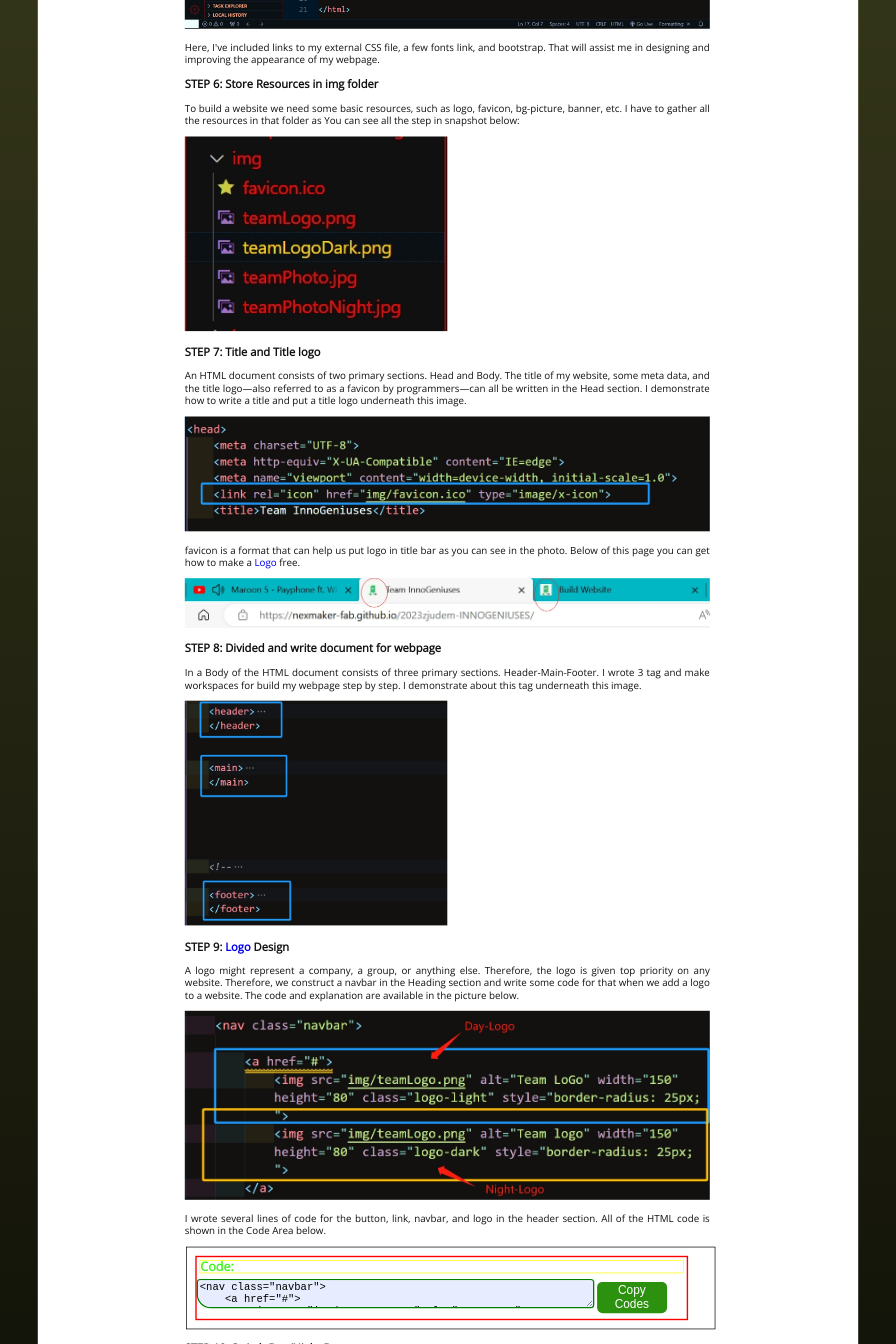
Repository: NexMaker-Fab/2023zjudem-INNOGENIUSES
Page: build web/page1.html
The author's editor kept a copy of each file at every save. The page is drawn from the files as they stood at one save, then again after the next save.
The browser window is 1280 px wide. The pictures show the part of the page from y = 4580 to 6500 px (the page is 10312 px tall before and 11287 px after), at 70% of full size.
An inner scrolling area shows only its first screen.

Above is the page before, as saved 2023-11-27 20:27:07.

After the next save:
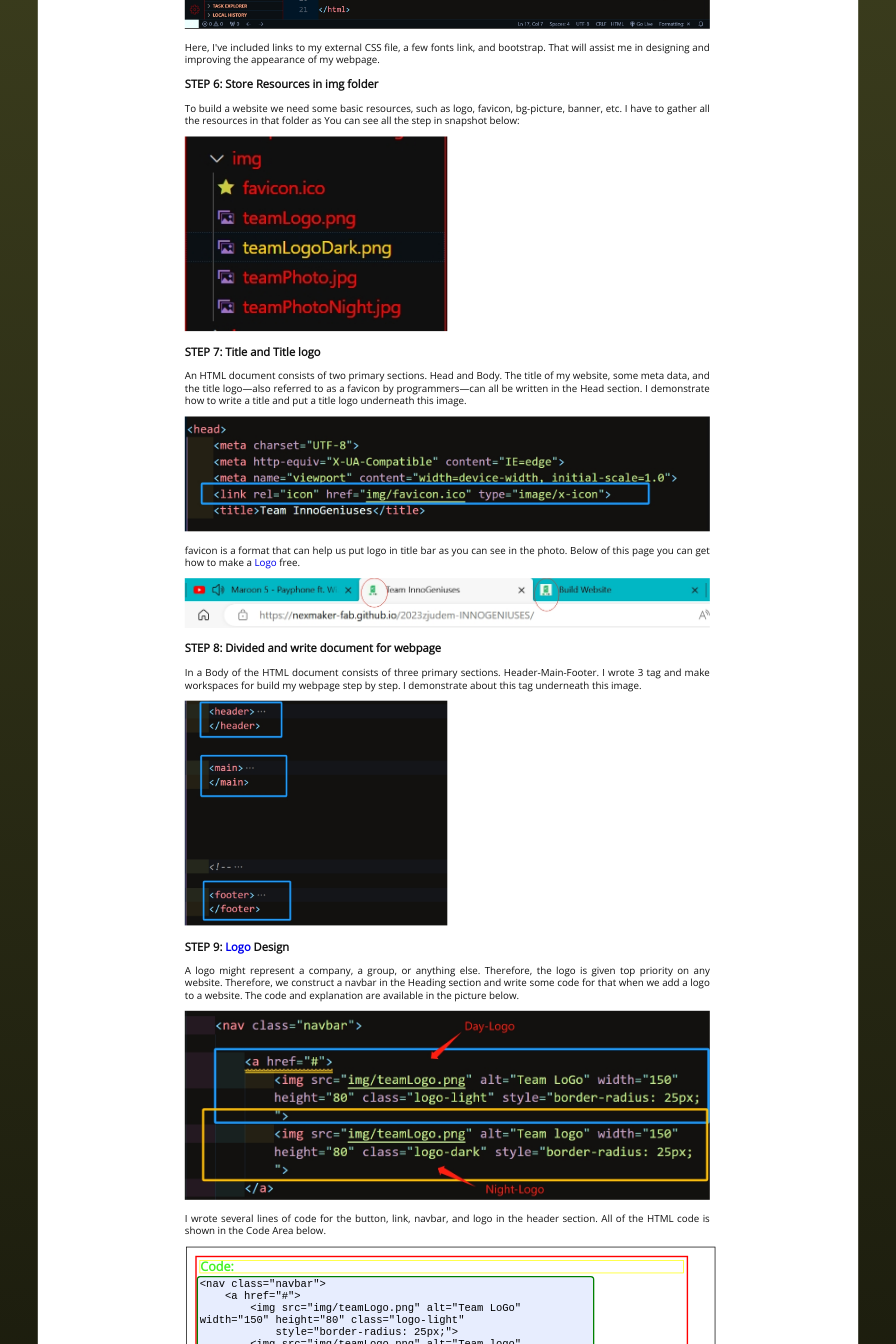
Saved 53 s later.
--- a/build web/styles.css
+++ b/build web/styles.css
@@ -431,7 +431,7 @@ ul#topnav li a:hover {
 /* CodeBox CSS */
 
 .code-boxes {
-    height: auto;
+    height: 600px;
     width: 100%;
     display: flexbox;
     flex-direction: column;
